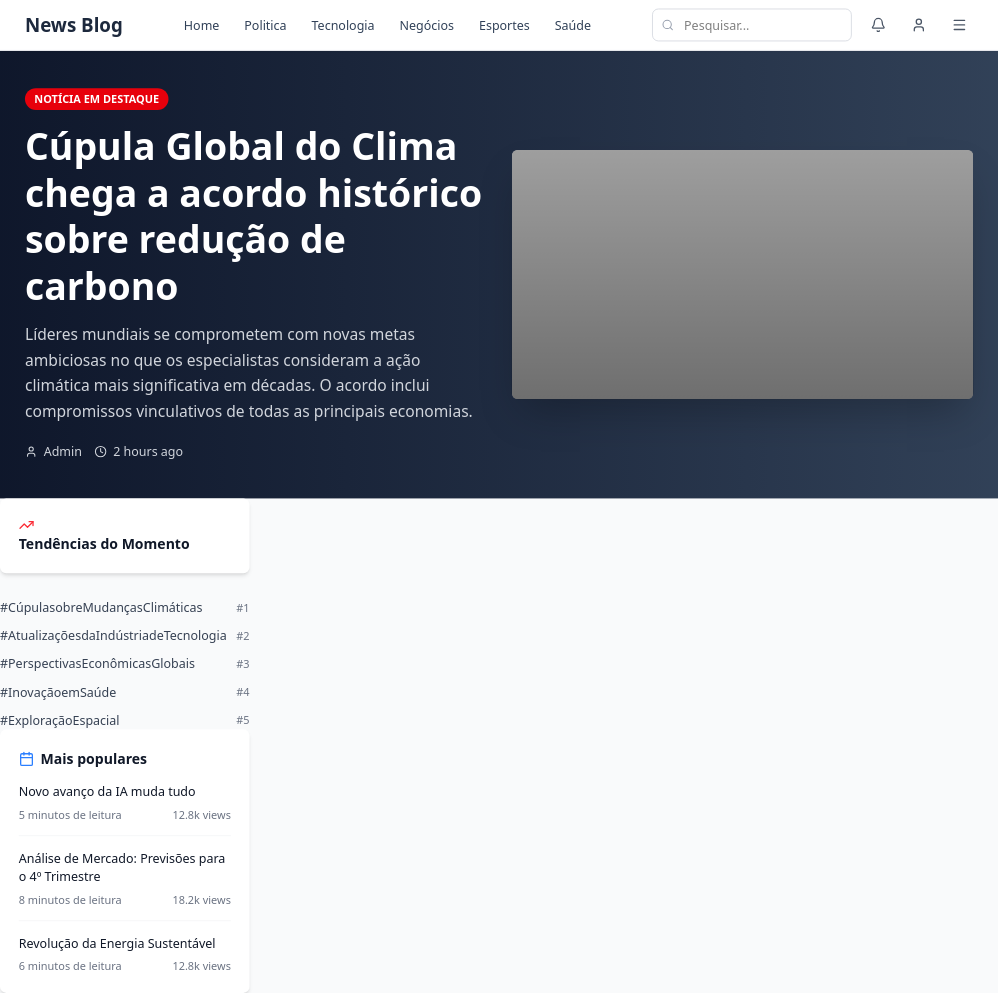
Repository: estevam02009/news-blog
Page: /
The author's editor kept a copy of each file at every save. The page is drawn from the files as they stood at one save, then again after a run of saves.
The browser window is 1280 px wide. The pictures show the whole page, at 78% of full size.
Pictures or frames that could not be fetched are drawn as grey boxes. The project was rebuilt for these pictures with package versions that can differ from the ones it lists, and the page was loaded fresh each time. Also part of the build but not shown: vite.config.ts.

Above is the page before, as saved 2025-08-08 19:02:05.

After the next 2 saves:
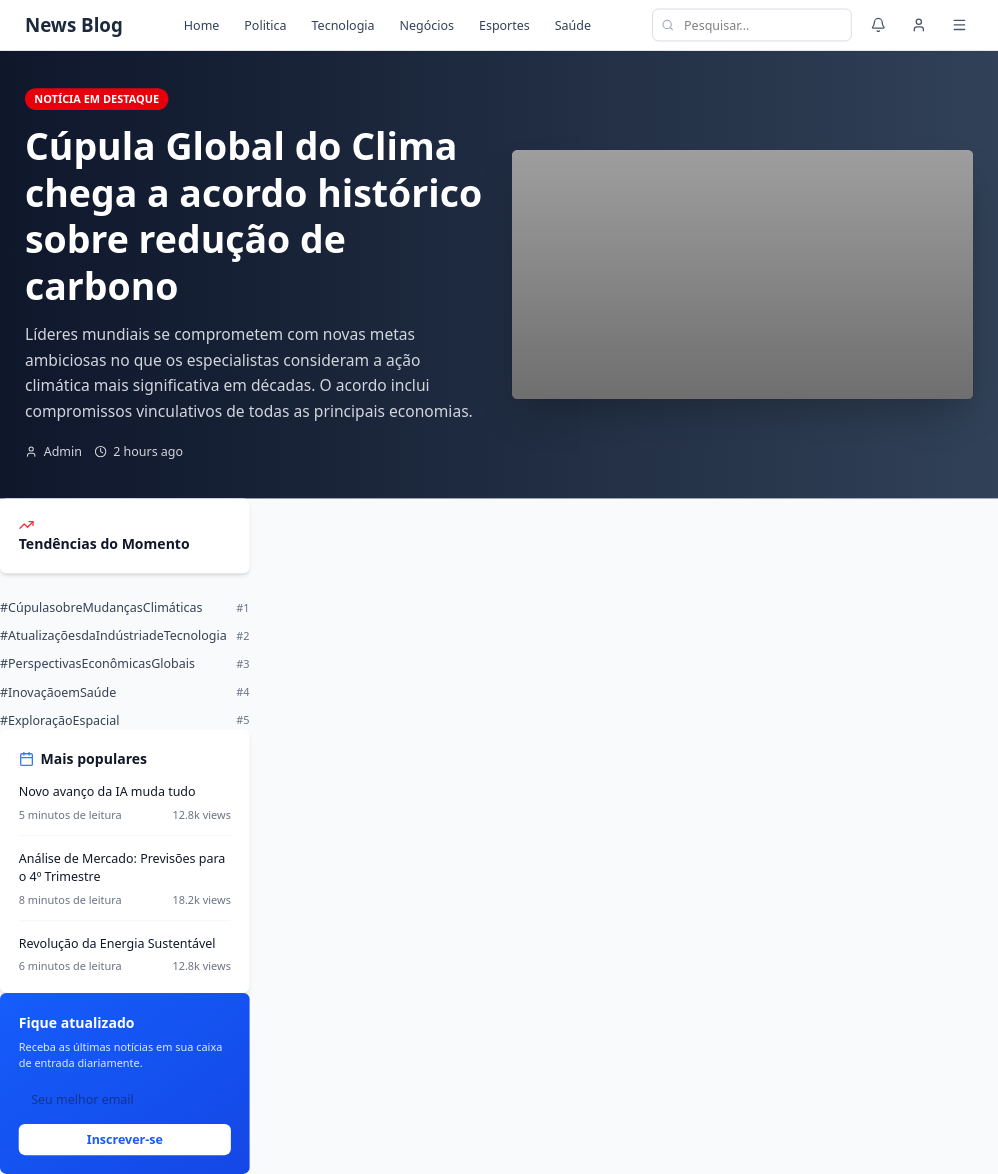
The 2 saves are shown as one change because 1 did not build or start.
The last was saved 2 min 44 s later.
--- a/src/components/Sidebar.tsx
+++ b/src/components/Sidebar.tsx
@@ -69,6 +69,22 @@ const Sidebar: React.FC = () => {
                     ))}
                 </div>
             </div>
+
+            {/* Newsletter Signup */}
+            <div className="bg-gradient-to-br from-blue-600 to-blue-700 text-white rounded-lg p-6">
+                <h3 className="text-lg font-semibold mb-2">Fique atualizado</h3>
+                <p className="text-blue-100 mb-4 text-sm">Receba as últimas notícias em sua caixa de entrada diariamente.</p>
+                <div className="space-y-3">
+                    <input
+                        type="email"
+                        placeholder="Seu melhor email"
+                        className="w-full px-4 py-2 rounded-lg text-gray-900 focus:ring-2 focus:ring-blue-300"
+                    />
+                    <button className="w-full bg-white text-blue-600 font-semibold py-2 px-4 rounded-lg hover:bg-gray-100 transition-colors">
+                        Inscrever-se
+                    </button>
+                </div>
+            </div>
         </aside>
     );
 };
